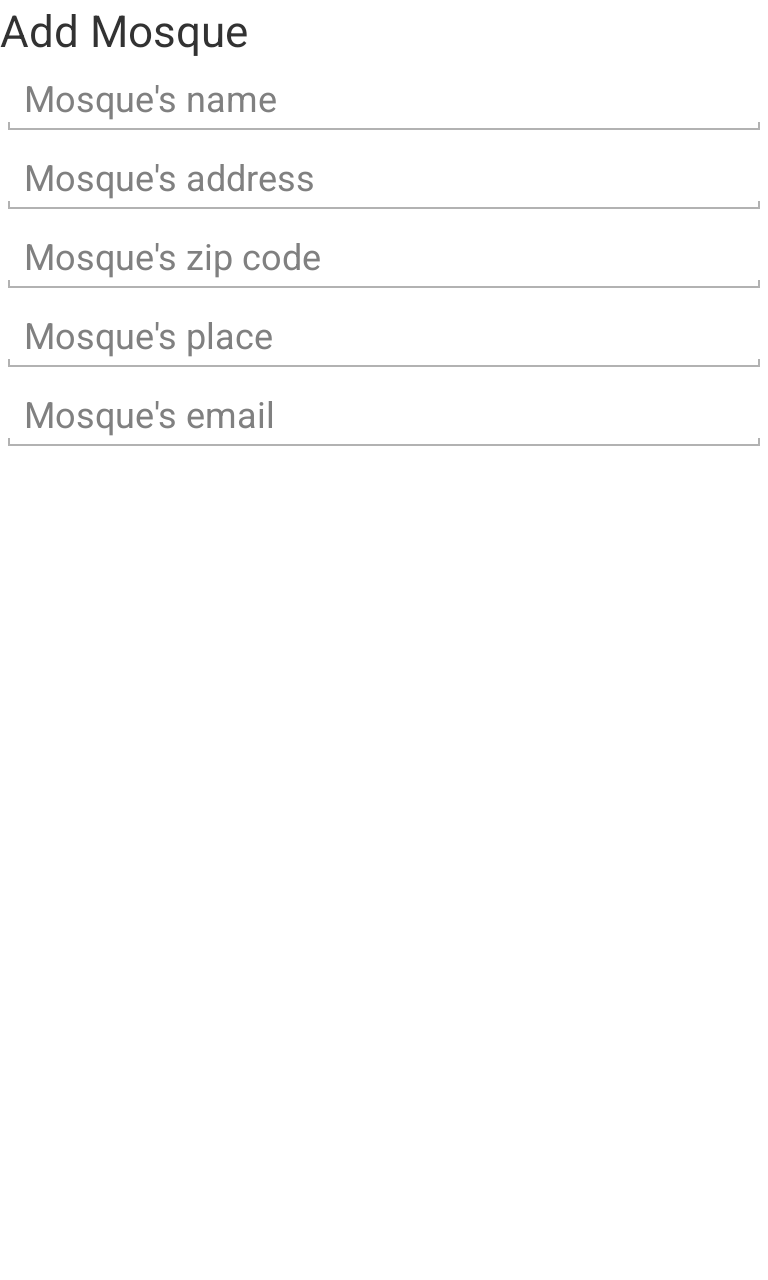
Repository: Osamah/Afstudeerwerk
Layout: NativeApp/SecondPillar/res/layout/activity_addmosque.xml
These files come from the project's save history. The layout is drawn as it stood at one moment and after the next save; the edit follows.
It is drawn on a 768 x 1280 px phone screen (xhdpi) without system bars, with theme AppTheme; the app's code is not run.

Above is the layout before, as saved 2012-12-31 15:20:59.

### NativeApp/SecondPillar/res/layout/activity_addmosque.xml
<?xml version="1.0" encoding="utf-8"?>

<!-- ScrollView to scroll vertical down the page -->
<ScrollView
    xmlns:android="http://schemas.android.com/apk/res/android"
    android:id="@+id/ScrollView01"
    android:layout_width="fill_parent"
    android:layout_height="wrap_content"
    android:scrollbars="vertical">

    <LinearLayout
        android:layout_width="fill_parent"
        android:layout_height="fill_parent"
        android:orientation="vertical" >

		<TextView
		    android:id="@+id/lblAddMosque"
		    android:layout_width="wrap_content"
		    android:layout_height="wrap_content"
		    android:text="@string/lblAddMosque"
		    android:textSize="10pt">
		</TextView>

        <EditText
            android:id="@+id/txtMosqueName"
            android:layout_width="fill_parent"
            android:layout_height="wrap_content"
            android:hint="@string/txtMosqueName"
            android:inputType="textCapWords" >

		</EditText>

        <EditText
		    android:id="@+id/txtMosqueAddress"
		    android:layout_height="wrap_content"
		    android:hint="@string/txtMosqueAddress"
		    android:inputType="textPostalAddress"
		    android:layout_width="fill_parent">
		</EditText>

        <EditText
            android:id="@+id/txtMosqueZipCode"
            android:layout_width="fill_parent"
            android:layout_height="wrap_content"
            android:hint="@string/txtMosqueZipCode"
            android:inputType="number" >
		</EditText>

        <EditText
            android:id="@+id/txtMosquePlace"
            android:layout_width="fill_parent"
            android:layout_height="wrap_content"
            android:hint="@string/txtMosquePlace"
            android:inputType="textPostalAddress" >
		</EditText>

        <EditText
            android:id="@+id/txtMosqueMail"
            android:layout_width="fill_parent"
            android:layout_height="wrap_content"
            android:hint="@string/txtMosqueMail"
            android:inputType="textEmailAddress" >
		</EditText>




    </LinearLayout>
</ScrollView>

### NativeApp/SecondPillar/res/values/strings.xml
<?xml version="1.0" encoding="utf-8"?>
<resources>

    <string name="app_name">Second Pillar</string>

    <!-- Menu -->
    <string name="menu_search">Search</string>


    <!-- Option Menu -->
	<string name="option_settings">Settings</string>
	<string name="option_about">About</string>


	<!-- Settings -->
	<string name="notifications">Notifications</string>

	<string name="prayingWhere">Where to pray?</string>
	<string name="prayHome">Home</string>
	<string name="prayMosque">Mosque</string>

	<string name="NotificationsPraying">When to pray?</string>
	<string name="inAdvance">In advance</string>
	<string name="onTime">On time</string>


	<!-- About -->
	<string name="about">If you have any questions just call me maybe</string>


    <!-- Prayer -->
    <string name="headerCol1">Prayer</string>
    <string name="headerCol2">Time</string>
    <string name="headerCol3">L</string>

    <string name="prayer1">Fajr</string>
    <string name="prayer2">Dhor</string>
    <string name="prayer3">Asr</string>
    <string name="prayer4">Magreb</string>
    <string name="prayer5">Isha</string>

    <string name="prayerTime1">5h25</string>
    <string name="prayerTime2">12h30</string>
    <string name="prayerTime3">15h37</string>
    <string name="prayerTime4">18h48</string>
    <string name="prayerTime5">21h00</string>


    <!-- Favorite -->


    <!-- Add Mosque -->
    <string name="lblAddMosque">Add Mosque</string>
    <string name="txtMosqueName">Mosque\'s name</string>
    <string name="txtMosqueAddress">Mosque\'s address</string>
    <string name="txtMosqueZipCode">Mosque\'s zip code</string>
    <string name="txtMosquePlace">Mosque\'s place</string>
  	<string name="txtMosquePhone">Mosque\'s phone</string>
  	<string name="txtMosqueMail">Mosque\'s email</string>
    <string name=""></string>
    <string name=""></string>


</resources>

Loaded but not shown: NativeApp/SecondPillar/res/values/styles.xml (common file); NativeApp/SecondPillar/res/values-v11/styles.xml (common file); NativeApp/SecondPillar/res/values-v14/styles.xml (common file)

After the next save:
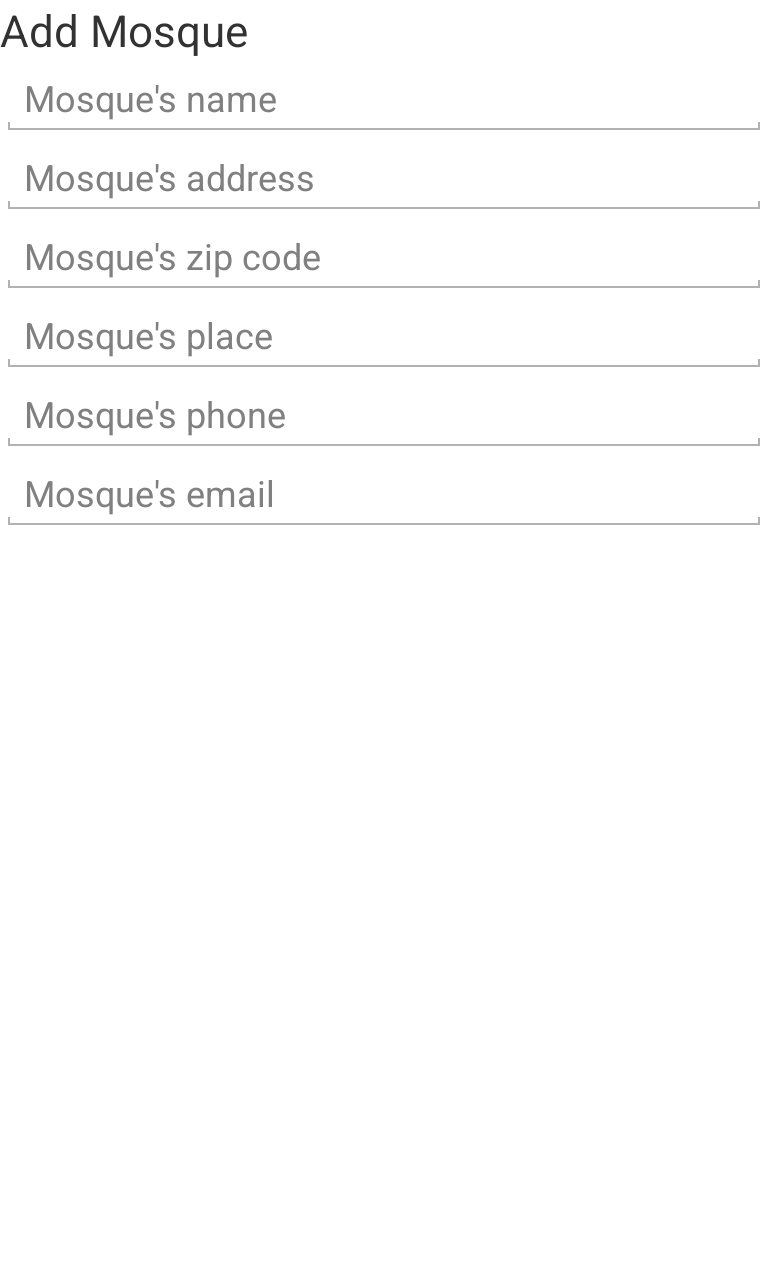
Saved 78 s later.
--- a/NativeApp/SecondPillar/res/layout/activity_addmosque.xml
+++ b/NativeApp/SecondPillar/res/layout/activity_addmosque.xml
@@ -55,6 +55,14 @@
 		</EditText>
 
         <EditText
+            android:id="@+id/txtMosquePhone"
+            android:layout_width="fill_parent"
+            android:layout_height="wrap_content"
+            android:hint="@string/txtMosquePhone"
+            android:inputType="phone" >
+		</EditText>
+
+        <EditText
             android:id="@+id/txtMosqueMail"
             android:layout_width="fill_parent"
             android:layout_height="wrap_content"
